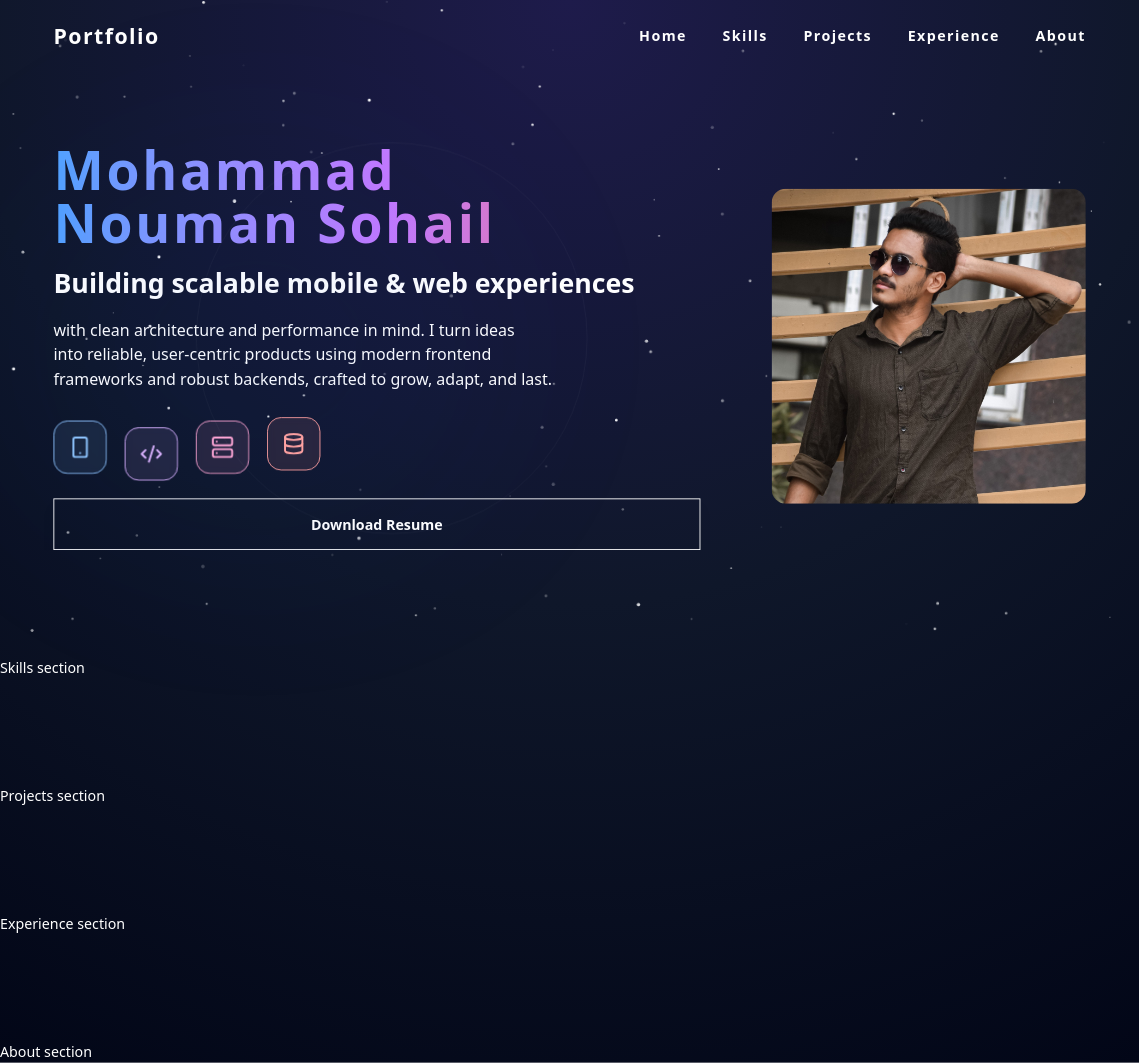
Repository: NoumanSohail/Nouman-Sohail-Portfolio
Page: /
An editor plug-in stored every save of this project. The page is shown before and after the next save, followed by the edit.
The browser window is 1280 px wide. The pictures show the whole page, at 89% of full size.
The project was rebuilt for these pictures with package versions that can differ from the ones it lists, and the page was loaded fresh each time. The framework's server and built-in components were replaced by stand-ins that run in the browser. Also part of the build but not shown: next.config.ts.

Above is the page before, as saved 2026-01-24 21:29:29.

### app/layout.tsx
import type { Metadata } from "next";
import { Geist, Geist_Mono } from "next/font/google";
import "./globals.css";
import Navbar from "./components/header/Navbar";
import StarBackground from "./components/ui/StarBackground";

const geistSans = Geist({
  variable: "--font-geist-sans",
  subsets: ["latin"],
});

const geistMono = Geist_Mono({
  variable: "--font-geist-mono",
  subsets: ["latin"],
});

export const metadata: Metadata = {
  title: "Create Next App",
  description: "Generated by create next app",
};

export default function RootLayout({
  children,
}: Readonly<{
  children: React.ReactNode;
}>) {
  return (
    <html lang="en">
      <body
        className={`${geistSans.variable} ${geistMono.variable} antialiased`}
      >
        <StarBackground />
        <Navbar />
        {children}
      </body>
    </html>
  );
}

### app/page.tsx
import React from 'react'
import Hero from './components/sections/Hero'
import Skills from './components/sections/Skills'
import Projects from './components/sections/Projects'
import Experience from './components/sections/Experience'
import About from './components/sections/About'

const page = () => {
  return (
    <div>
      <Hero />
      <Skills />
      <Projects />
      <Experience />
      <About />
    </div>
  )
}

export default page

### app/globals.css
@import "tailwindcss";

html {
  scroll-behavior: smooth;
}

body {
  overflow-x: hidden;
  position: relative;
  background: radial-gradient(circle at 50% 0%, #1e1b4b, #0f172a, #020617);
  min-height: 100vh;
}

### app/components/header/Navbar.tsx
"use client";

import { useEffect, useState } from "react";
import { navLinks } from "@/app/data";
import Link from "next/link";
import { Menu, X } from "lucide-react";

const Navbar = () => {
  const [isScrolled, setIsScrolled] = useState(false);
  const [menuOpen, setMenuOpen] = useState(false);

  useEffect(() => {
    const handleScroll = () => setIsScrolled(window.scrollY > 20);
    window.addEventListener("scroll", handleScroll);
    return () => window.removeEventListener("scroll", handleScroll);
  }, []);

  return (
    <header
      className={`fixed top-0 left-0 right-0 z-50 transition-all ${
        isScrolled
          ? "bg-transparent backdrop-blur-md border-b border-white/20 shadow-lg py-3"
          : "bg-transparent py-6"
      }`}
    >
      <div className="w-full mx-auto max-w-384 flex items-center justify-between px-5 md:px-10 lg:px-15 text-white tracking-widest">
        <h1 className="font-bold text-2xl">Portfolio</h1>

        {/* large displays like laptops */}
        <nav className="hidden lg:flex">
          {navLinks.map((links) => (
            <div key={links.name} className="flex ml-10 font-semibold">
              <Link href={links.id}>{links.name}</Link>
            </div>
          ))}
        </nav>

        {/* Mobile Hamburger */}
        <div className="lg:hidden flex items-center justify-center">
          <button
            onClick={() => setMenuOpen(!menuOpen)}
            className="text-zinc-400"
          >
            <Menu size={30} />
          </button>
        </div>

        {menuOpen && (
          <div className="fixed inset-0 h-screen flex justify-end bg-black/40 backdrop-blur-sm">
            <div className="relative h-full w-[60%] bg-[#0f172a] text-white flex items-center transition-transform duration-300 translate-x-0">
              <button
                onClick={() => setMenuOpen(false)}
                className={`absolute top right-5 md:right-10 text-white ${isScrolled ? "top-3" : "top-6"}`}
              >
                <X size={30} />
              </button>

              <nav className="flex flex-col p-10 gap-10 mt-20">
                {navLinks.map((links) => (
                  <Link
                    key={links.name}
                    href={links.id}
                    onClick={() => setMenuOpen(false)}
                    className="font-semibold"
                  >
                    {links.name}
                  </Link>
                ))}
              </nav>
            </div>
          </div>
        )}
      </div>
    </header>
  );
};

export default Navbar;

### app/components/ui/StarBackground.tsx
"use client";

import { useEffect, useRef } from "react";

const StarBackground = () => {
  const canvasRef = useRef<HTMLCanvasElement | null>(null);

  useEffect(() => {
    const canvas = canvasRef.current;
    if (!canvas) return;

    const ctx = canvas.getContext("2d");
    if (!ctx) return;

    let stars: any[] = [];
    const STAR_COUNT = 120;

    const resize = () => {
      canvas.width = window.innerWidth;
      canvas.height = window.innerHeight;
    };

    resize();
    window.addEventListener("resize", resize);

    // Create stars
    stars = Array.from({ length: STAR_COUNT }).map(() => ({
      x: Math.random() * canvas.width,
      y: Math.random() * canvas.height,
      radius: Math.random() * 1.5 + 0.5,
      speed: Math.random() * 0.3 + 0.1,
      opacity: Math.random(),
    }));

    const animate = () => {
      ctx.clearRect(0, 0, canvas.width, canvas.height);

      stars.forEach((star) => {
        star.y += star.speed;
        if (star.y > canvas.height) {
          star.y = 0;
          star.x = Math.random() * canvas.width;
        }

        ctx.beginPath();
        ctx.arc(star.x, star.y, star.radius, 0, Math.PI * 2);
        ctx.fillStyle = `rgba(255,255,255,${star.opacity})`;
        ctx.fill();
      });

      requestAnimationFrame(animate);
    };

    animate();

    return () => window.removeEventListener("resize", resize);
  }, []);

  return (
    <canvas
      ref={canvasRef}
      className="fixed inset-0 pointer-events-none -z-10"
    />
  );
};

export default StarBackground;

### app/components/sections/Hero.tsx
"use client";

import { personaldetails } from "@/app/data";
import Image from "next/image";
import me from "@/public/images/me.jpg";
import { Code2, Database, Server, Smartphone } from "lucide-react";
import { motion } from "framer-motion";
import Button from "../ui/Button";

const Hero = () => {
  return (
    <section
      id="home"
      className="scroll-mt-40 w-full mx-auto max-w-384 px-5 md:px-10 lg:px-15 text-white mt-30 xl:mt-40 overflow-hidden"
    >
      {/* Central Glowing Orb */}
      <div
        className="absolute hidden lg:block lg:left-55 xl:left-0 w-[45%] h-[45%] bg-blue-700/50 rounded-full
          blur-[120px] opacity-10 animate-pulse [animation-delay:2000ms] z-0
        "
      />

      {/* Orbiting Elements */}
      <div
        className="absolute hidden lg:block left-55 w-110 h-110 border border-white/5 rounded-full
          animate-spin [animation-duration:20s] z-10
        "
      />

      <div className="flex flex-col lg:flex-row items-center justify-center gap-7 lg:gap-20 text-center lg:text-start">
        <div className="flex flex-col gap-5">
          <motion.div
            initial={{ x: -100, opacity: 0 }}
            whileInView={{ x: 0, opacity: 1 }}
            viewport={{ once: false, amount: 0.3 }}
            transition={{ duration: 0.8, ease: "easeOut" }}
            className="flex flex-col gap-5"
          >
            <h1 className="font-black text-4xl lg:text-5xl xl:text-6xl tracking-wider text-balance text-transparent bg-clip-text bg-linear-to-r from-blue-400 via-purple-400 to-red-400">
              {personaldetails.name}
            </h1>
            <h2 className="font-semibold text-2xl lg:text-3xl">
              {personaldetails.tagline}
            </h2>
            <p className="lg:text-lg lg:text-balance">
              {personaldetails.statement}
            </p>
          </motion.div>

          <motion.div
            initial={{ scale: 0.8, opacity: 0 }}
            whileInView={{ scale: 1, opacity: 1 }}
            viewport={{ once: false, amount: 0.3 }}
            transition={{
              duration: 0.5,
              ease: "easeOut",
            }}
            className="flex flex-col gap-5 mt-5 items-center justify-center lg:items-start lg:justify-start"
          >
            <div className="flex gap-5">
              <Smartphone
                size={60}
                className="p-4 border rounded-2xl backdrop-blur-xs bg-blue-300/10 hover:scale-110
                        border-blue-300  hover:border-blue-300 text-blue-300 hover:text-blue-300
                        transition-all duration-300 animate-bounce [animation-delay:0ms]"
              />
              <Code2
                size={60}
                className="p-4 border rounded-2xl backdrop-blur-xs bg-purple-300/10 hover:scale-110
                        border-purple-300 hover:border-purple-300 text-purple-300 hover:text-purple-300
                        transition-all duration-300 animate-bounce [animation-delay:100ms]"
              />
              <Server
                size={60}
                className="p-4 border rounded-2xl backdrop-blur-xs bg-pink-300/10 hover:scale-110
                        border-pink-300 hover:border-pink-300 text-pink-300 hover:text-pink-300
                        transition-all duration-300 animate-bounce [animation-delay:200ms]"
              />
              <Database
                size={60}
                className="p-4 border rounded-2xl backdrop-blur-xs bg-red-300/10 hover:scale-110
                        border-red-300 hover:border-red-300 text-red-300 hover:text-red-300
                        transition-all duration-300 animate-bounce [animation-delay:300ms]"
              />
            </div>

            <Button title="Download Resume" onClick={() => {}} className="border border-white-300 bg-white-300/30 p-4 w-full" />
          </motion.div>
        </div>

        <motion.div
          initial={{ x: 100, opacity: 0 }}
          whileInView={{ x: 0, opacity: 1 }}
          viewport={{ once: false, amount: 0.3 }}
          transition={{ duration: 0.8, ease: "easeOut" }}
        >
          <Image
            src={me}
            alt={personaldetails.name}
            height={350}
            width={350}
            className="rounded-2xl lg:h-3xl lg:w-3xl"
          />
        </motion.div>
      </div>
    </section>
  );
};

export default Hero;

### app/components/sections/Skills.tsx

const Skills = () => {
  return (
    <section id="skills" className="h-fit">
      <div className="text-white pt-30">Skills section</div>
    </section>
  );
};

export default Skills;

### app/components/sections/Projects.tsx

const Projects = () => {
  return (
    <section id="projects" className="h-fit">
      <div className="text-white pt-30">Projects section</div>
    </section>
  )
}

export default Projects

### app/components/sections/Experience.tsx

const Experience = () => {
  return (
    <section id="experience" className="h-fit">
      <div className="text-white pt-30">Experience section</div>
    </section>
  );
};

export default Experience;

### app/components/sections/About.tsx

const About = () => {
  return (
    <section id="about" className="h-fit">
      <div className="text-white pt-30">About section</div>
    </section>
  )
}

export default About

### app/data.tsx
export const navLinks = [
  { name: "Home", id: "/#home" },
  { name: "Skills", id: "/#skills" },
  { name: "Projects", id: "/#projects" },
  { name: "Experience", id: "/#experience" },
  { name: "About", id: "/#about" },
];

export const personaldetails = {
  name: "Mohammad Nouman Sohail",
  role: "Full Stack Mobile & Web Developer",
  tagline: "Building scalable mobile & web experiences",
  statement:
    "with clean architecture and performance in mind. I turn ideas into reliable, user-centric products using modern frontend frameworks and robust backends, crafted to grow, adapt, and last.",
};

### app/components/ui/Button.tsx
import { ReactNode } from "react";

interface ButtonProps {
  title: string;
  onClick: () => void;
  type?: "button" | "submit";
  disabled?: boolean;

  /* 🔹 Optional Icon */
  icon?: ReactNode;
  iconPosition?: "left" | "right";

  /* 🔹 External Styles */
  className?: string;
}

const Button = ({
  title,
  onClick,
  type = "button",
  disabled = false,
  icon,
  iconPosition = "left",
  className = "",
}: ButtonProps) => {
  return (
    <button
      type={type}
      onClick={!disabled ? onClick : undefined}
      disabled={disabled}
      className={`
        group
        font-bold shadow-lg
        transition-all transform
        flex items-center justify-center gap-2
        duration-300
        ${
          disabled
            ? "bg-(--color-gray) text-white cursor-not-allowed opacity-70 transition-all duration-300"
            : "bg-(--color-primary) text-white hover:bg-gray-300 hover:scale-105 cursor-pointer transition-all duration-300"
        }

        ${className}
      `}
    >
      {/* ICON LEFT */}
      {icon && iconPosition === "left" && (
        <span className="button-icon flex items-center">{icon}</span>
      )}

      <span>{title}</span>

      {/* ICON RIGHT */}
      {icon && iconPosition === "right" && (
        <span className="button-icon flex items-center">{icon}</span>
      )}
    </button>
  );
};

export default Button;

After the next save:
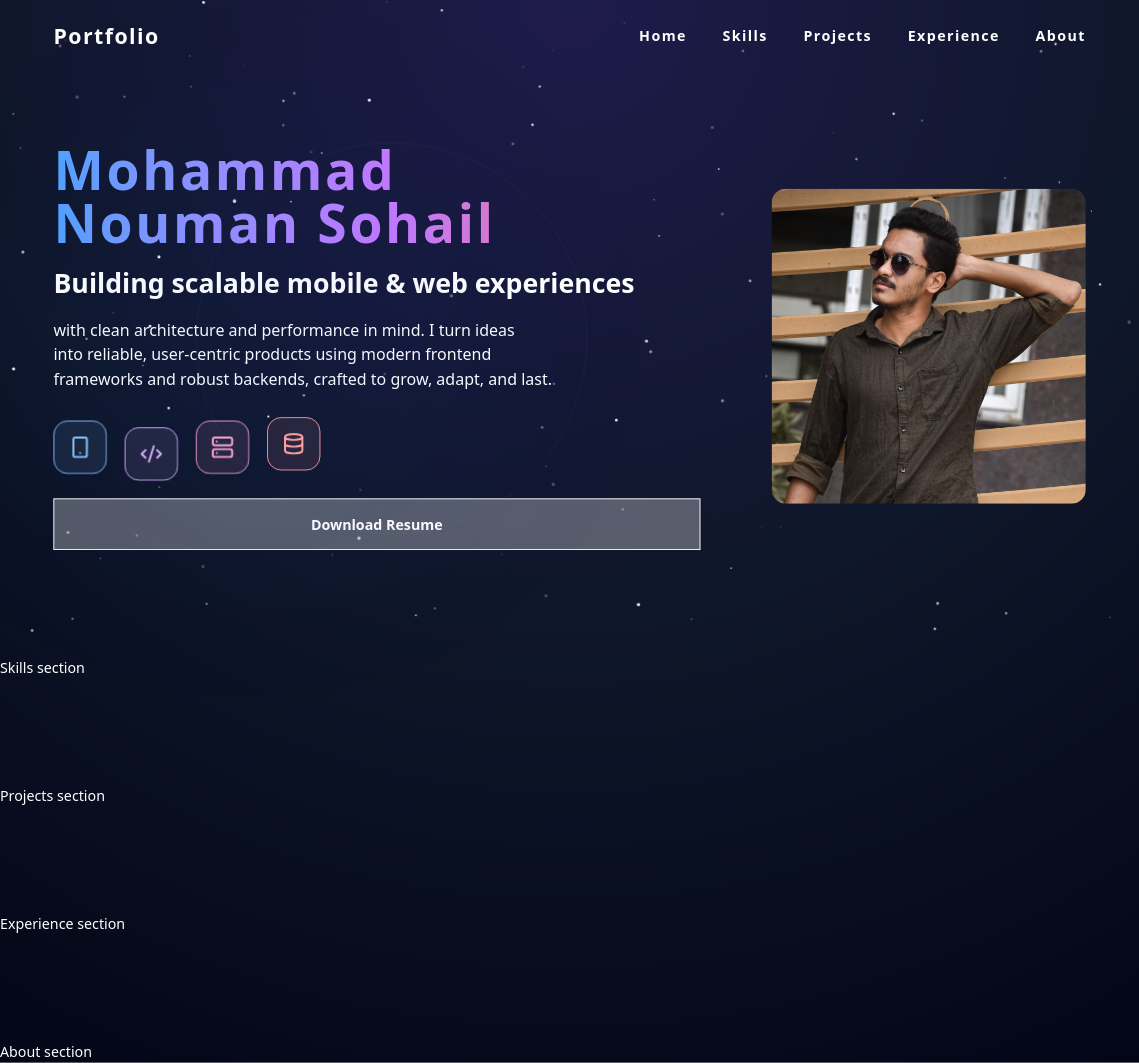
Saved 10 s later.
--- a/app/components/sections/Hero.tsx
+++ b/app/components/sections/Hero.tsx
@@ -84,7 +84,7 @@ const Hero = () => {
               />
             </div>
 
-            <Button title="Download Resume" onClick={() => {}} className="border border-white-300 bg-white-300/30 p-4 w-full" />
+            <Button title="Download Resume" onClick={() => {}} className="border border-white-300 bg-white/30 p-4 w-full" />
           </motion.div>
         </div>
 
